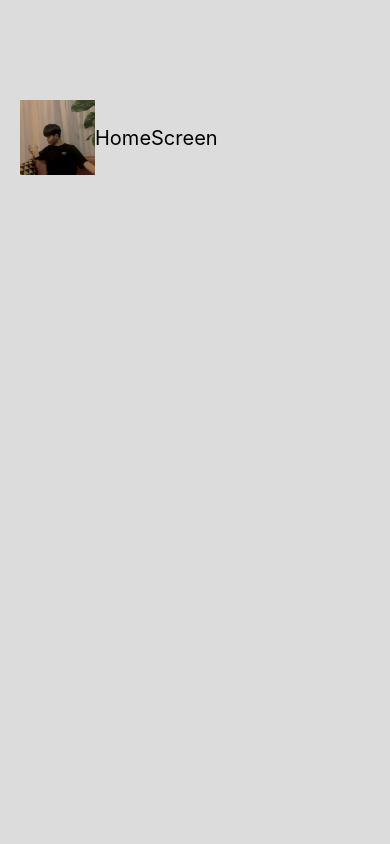
Repository: diepdung02/AppPTC
Screen: /Home
The author's editor kept a copy of each file at every save. The screen is drawn from the files as they stood at one save, then again after a run of saves.
The app was drawn by React Native's web renderer in a window 390 px wide. The project was rebuilt for these pictures with package versions that can differ from the ones it lists, and the page was loaded fresh each time.

Above is the screen before, as saved 2024-06-29 13:08:32.

### App.tsx
import React from 'react';
import 'react-native-gesture-handler';
import { NavigationContainer } from '@react-navigation/native';
import { createStackNavigator } from '@react-navigation/stack';
import { createMaterialTopTabNavigator } from '@react-navigation/material-top-tabs';
import { LoginScreen, HomeScreen } from './screen/index';
import COLORS from './constants/Color';


const Stack = createStackNavigator();
const Tab = createMaterialTopTabNavigator();



const App: React.FC = () => {
  return (
    <NavigationContainer>
      <Stack.Navigator initialRouteName="Login">
        <Stack.Screen name="Login" component={LoginScreen} options={{ headerShown: false }} />
        <Stack.Screen name="Home" component={HomeScreen} options={{ headerShown: false }} />
      </Stack.Navigator>
    </NavigationContainer>
  );
};

export default App;

### screen/index.tsx
import LoginScreen from './auth/LoginScreen';
import HomeScreen from './home/HomeScreen';

export{
    LoginScreen,
    HomeScreen

}

### screen/auth/LoginScreen.tsx
import React, { useState, useEffect } from 'react';
import { View, TextInput, StyleSheet, TouchableOpacity, Text, Image } from 'react-native';
import { FontAwesome, MaterialIcons } from '@expo/vector-icons';
import { Formik } from 'formik';
import * as Yup from 'yup';
import AsyncStorage from '@react-native-async-storage/async-storage';
import COLORS from '../../constants/Color';

type LoginProps = {
  navigation: any;
};

type FormValues = {
  username: string;
  password: string;
};

const LoginScreen: React.FC<LoginProps> = ({ navigation }) => {
  const [hidePassword, setHidePassword] = useState<boolean>(true);
  const [rememberPassword, setRememberPassword] = useState<boolean>(false);

  useEffect(() => {
    const checkRememberPassword = async () => {
      try {
        const savedPassword = await AsyncStorage.getItem('password');
        if (savedPassword) {
          setRememberPassword(true);
        }
      } catch (error) {
        console.error('Error reading password from AsyncStorage:', error);
      }
    };
    checkRememberPassword();
  }, []);

  const togglePasswordVisibility = () => {
    setHidePassword(!hidePassword);
  };

  const handleLogin = (values: FormValues) => {
    // Hiện thông báo đăng nhập thành công và điều hướng đến HomeScreen
    alert('Đăng nhập thành công!');
    navigation.navigate('Home');
  };

  const validationSchema = Yup.object({
    username: Yup.string().required('Chưa nhập tên đăng nhập'),
    password: Yup.string().required('Chưa nhập mật khẩu'),
  });

  return (
    <Formik
      initialValues={{
        username: 'dung',
        password: '123',
      }}
      validationSchema={validationSchema}
      onSubmit={(values) => handleLogin(values)}
    >
      {({ values, touched, errors, handleChange, handleSubmit, handleBlur }) => (
        <View style={styles.container}>
          <Image source={require('../../assets/logo.png')} style={styles.logo} />
          <View style={styles.inputContainer}>
            <FontAwesome name="user" size={20} color="black" />
            <TextInput
              style={styles.textInput}
              placeholder="Username"
              value={values.username}
              onChangeText={handleChange('username')}
              onBlur={handleBlur('username')}
            />
          </View>
          {touched.username && errors.username && (
            <Text style={styles.errorText}>{errors.username}</Text>
          )}

          <View style={styles.inputContainer}>
            <FontAwesome name="lock" size={20} color="black" />
            <TextInput
              style={styles.textInput}
              placeholder="Password"
              secureTextEntry={hidePassword}
              value={values.password}
              onChangeText={handleChange('password')}
              onBlur={handleBlur('password')}
            />
            <TouchableOpacity onPress={togglePasswordVisibility}>
              <MaterialIcons name={hidePassword ? 'visibility-off' : 'visibility'} size={20} color="black" />
            </TouchableOpacity>
          </View>
          {touched.password && errors.password && (
            <Text style={styles.errorText}>{errors.password}</Text>
          )}

          <TouchableOpacity style={styles.loginButton} onPress={handleSubmit as any}>
            <Text style={styles.buttonText}>Login</Text>
          </TouchableOpacity>
          <TouchableOpacity onPress={() => navigation.navigate('ForgotPassword')}>
            <Text style={styles.forgotPasswordText}>Forgot Password?</Text>
          </TouchableOpacity>
        </View>
      )}
    </Formik>
  );
};

const styles = StyleSheet.create({
  container: {
    flex: 1,
    backgroundColor: COLORS.colorMain,
    alignItems: 'center',
    justifyContent: 'center',
  },
  logo: {
    width: 150,
    height: 150,
    marginBottom: 50,
  },
  inputContainer: {
    flexDirection: 'row',
    alignItems: 'center',
    backgroundColor: '#FFFFFF',
    borderRadius: 5,
    width: '80%',
    marginBottom: 20,
    padding: 10,
  },
  textInput: {
    flex: 1,
    marginLeft: 10,
  },
  loginButton: {
    backgroundColor: COLORS.blue,
    width: '80%',
    padding: 15,
    borderRadius: 5,
    alignItems: 'center',
  },
  buttonText: {
    color: 'white',
    fontSize: 16,
  },
  forgotPasswordText: {
    color: '#005A8C',
    marginTop: 20,
  },
  errorText: {
    color: 'red',
    fontSize: 12,
    marginBottom: 20,
  },
});

export default LoginScreen;

### screen/home/HomeScreen.tsx
import { View, Text, Image, StyleSheet } from 'react-native'
import React from 'react'
import COLORS from '../../constants/Color'

const HomeScreen:React.FC = () => {
  return (
    <View style={styles.container}>
      <View style={styles.inforContainer}>
        <Image source={require("../../assets/avatar.jpg")} style={styles.avatar}></Image>
      <Text style={styles.txtInfor}>HomeScreen</Text>
      </View>
    </View>
  )
}

const styles = StyleSheet.create({
  container:{
    flex:1,
    backgroundColor:COLORS.colorMain,
  },
  avatar:{
    width:75,
    height:75,
    marginTop:100,
    marginLeft:20,
  },
  inforContainer:{
    flexDirection:"row",
    alignItems:"center"
  },
  txtInfor:{
    fontSize:20,
    marginTop:100,
  }
})

export default HomeScreen

### constants/Color.tsx
const COLORS = {
    colorMain:"#DCDCDC",
    blue: "#09648C"

  };
  export default COLORS;

After the next 2 saves:
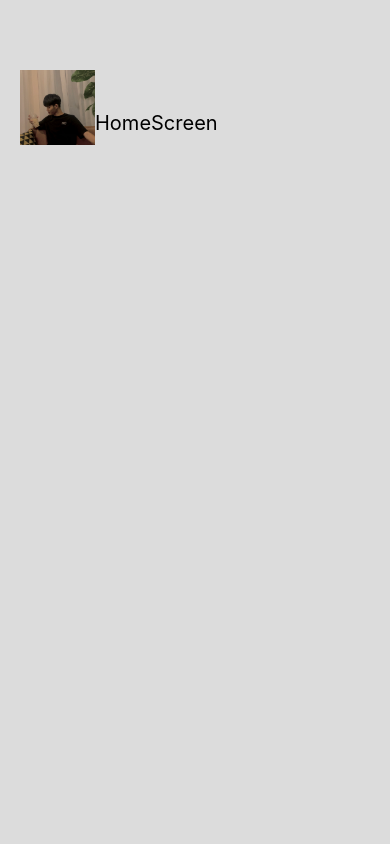
The 2 saves are shown as one change because they came seconds apart.
The last was saved 12 s later.
--- a/screen/home/HomeScreen.tsx
+++ b/screen/home/HomeScreen.tsx
@@ -21,7 +21,7 @@ const styles = StyleSheet.create({
   avatar:{
     width:75,
     height:75,
-    marginTop:100,
+    marginTop:70,
     marginLeft:20,
   },
   inforContainer:{
